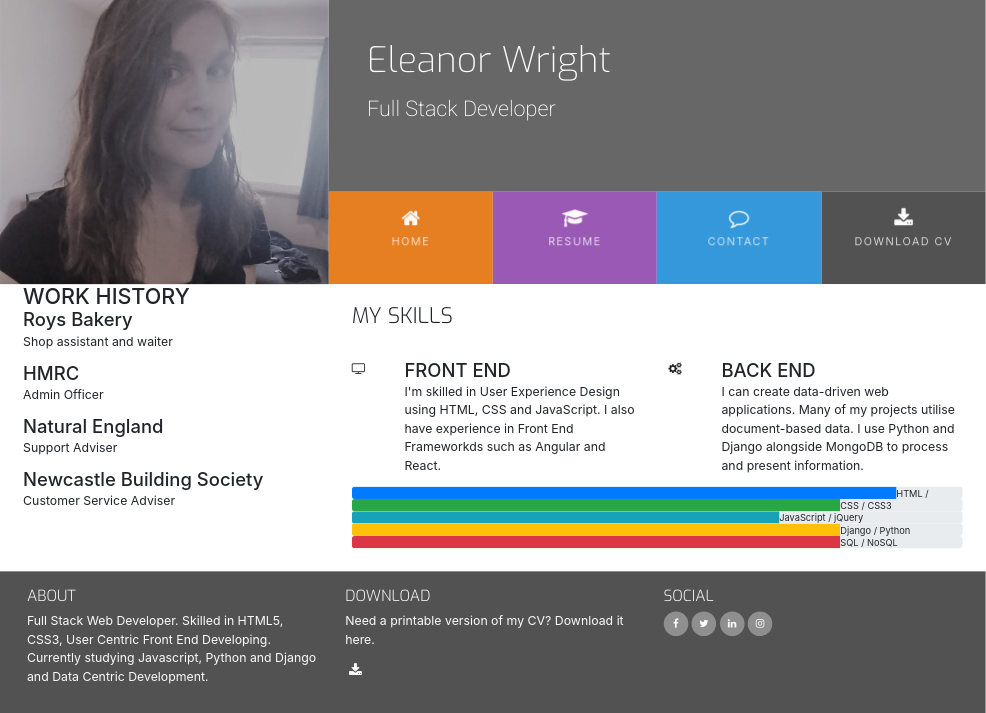
Repository: eleanorpro/resume
Page: resume.html
The author's editor kept a record of every edit. The page is drawn from the files as they stood at one moment, then again after the next edit.
The browser window is 1280 px wide. The pictures show the whole page, at 77% of full size.
Some web libraries are served in a nearby version.

Above is the page before.

After the next edit:
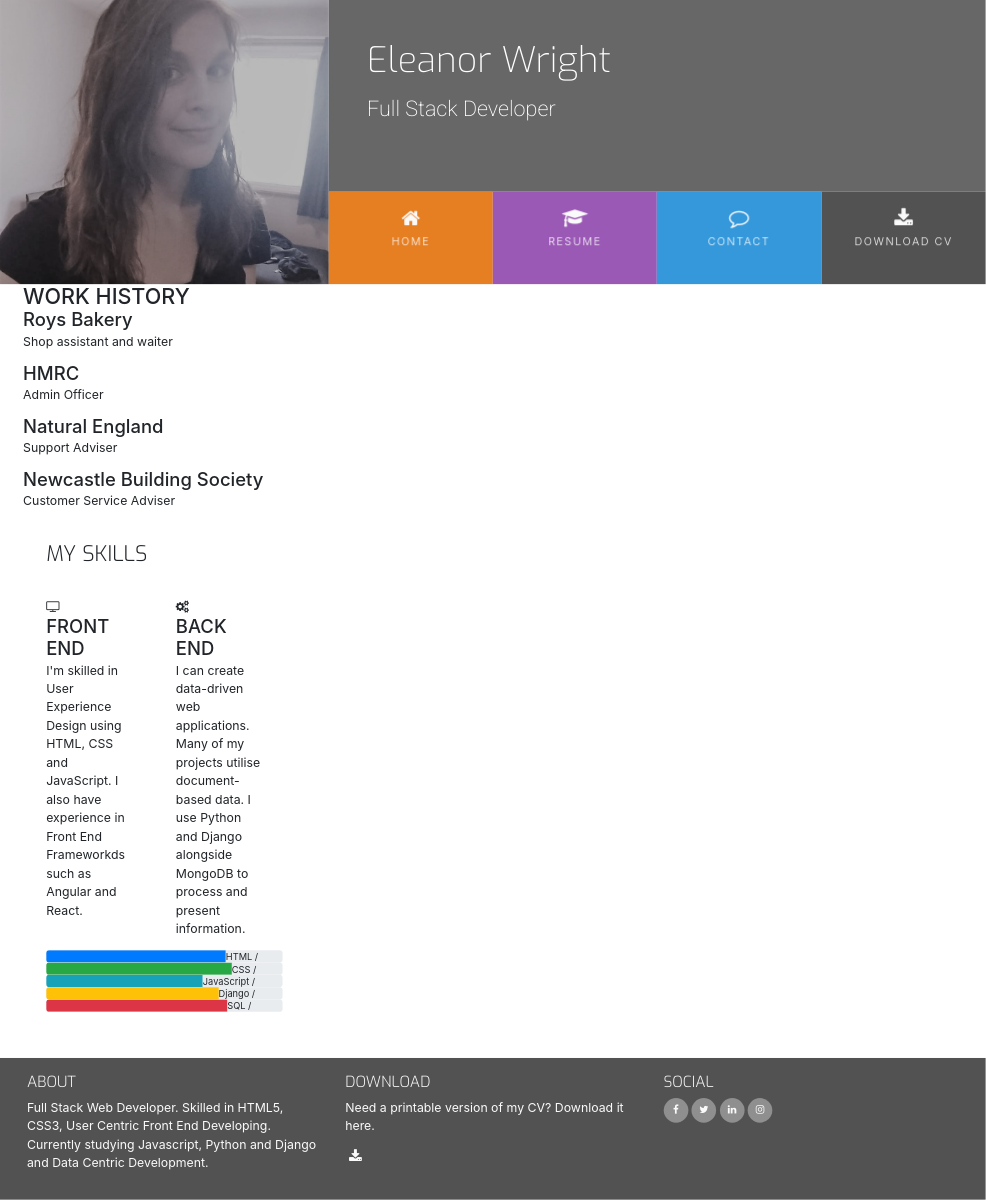
The edit:
--- a/resume.html
+++ b/resume.html
@@ -56,6 +56,7 @@
                         <h3 class="history-heading uppercase">Work History</h3>
                     </div>
                 </div>
+                <div class="history-items">
                 <div class="timeline-item" data-dates="01/2008 - 11/2008">
                     <h4>Roys Bakery</h4>
                     <p>Shop assistant and waiter</p>

After the edit that followed:
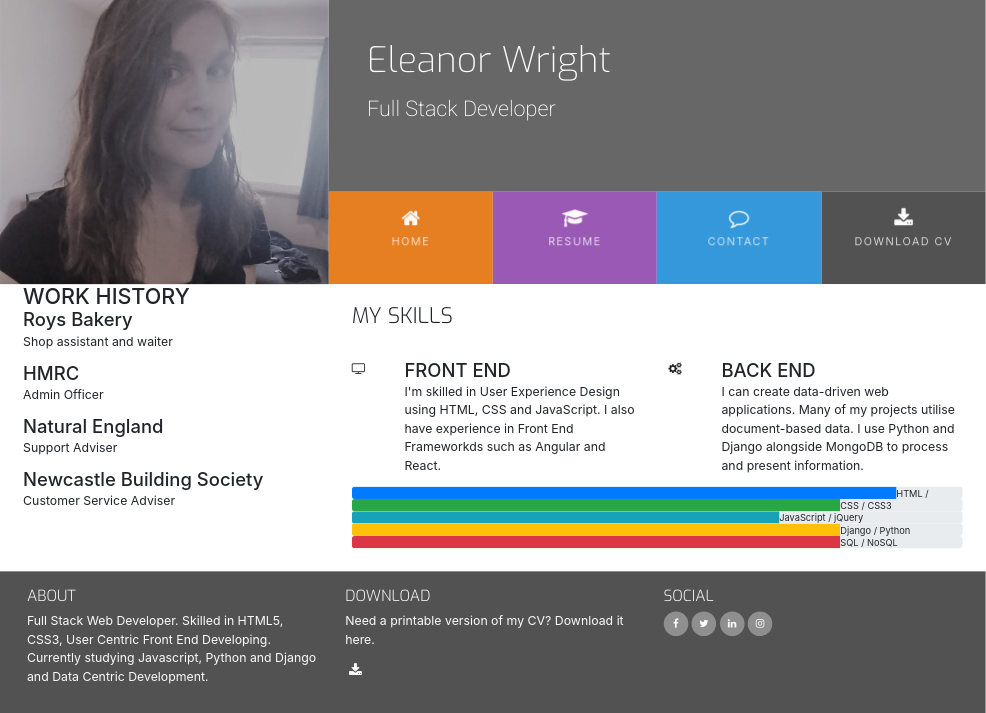
The edit:
--- a/resume.html
+++ b/resume.html
@@ -57,21 +57,22 @@
                     </div>
                 </div>
                 <div class="history-items">
-                <div class="timeline-item" data-dates="01/2008 - 11/2008">
-                    <h4>Roys Bakery</h4>
-                    <p>Shop assistant and waiter</p>
-                </div>
-                <div class="timeline-item" data-dates="11/2008 - 07/2017">
-                    <h4>HMRC</h4>
-                    <p>Admin Officer</p>
-                </div>
-                <div class="timeline-item" data-dates="07/2017 - 04/2018">
-                    <h4>Natural England</h4>
-                    <p>Support Adviser</p>
-                </div>
-                <div class="timeline-item" data-dates="04/2018 - 12/2018">
-                    <h4>Newcastle Building Society</h4>
-                    <p>Customer Service Adviser</p>
+                    <div class="timeline-item" data-dates="01/2008 - 11/2008">
+                        <h4>Roys Bakery</h4>
+                        <p>Shop assistant and waiter</p>
+                    </div>
+                    <div class="timeline-item" data-dates="11/2008 - 07/2017">
+                        <h4>HMRC</h4>
+                        <p>Admin Officer</p>
+                    </div>
+                    <div class="timeline-item" data-dates="07/2017 - 04/2018">
+                        <h4>Natural England</h4>
+                        <p>Support Adviser</p>
+                    </div>
+                    <div class="timeline-item" data-dates="04/2018 - 12/2018">
+                        <h4>Newcastle Building Society</h4>
+                        <p>Customer Service Adviser</p>
+                    </div>
                 </div>
             </div>
             <div class="col-md-8 bg-color-three-reasons section-column">
